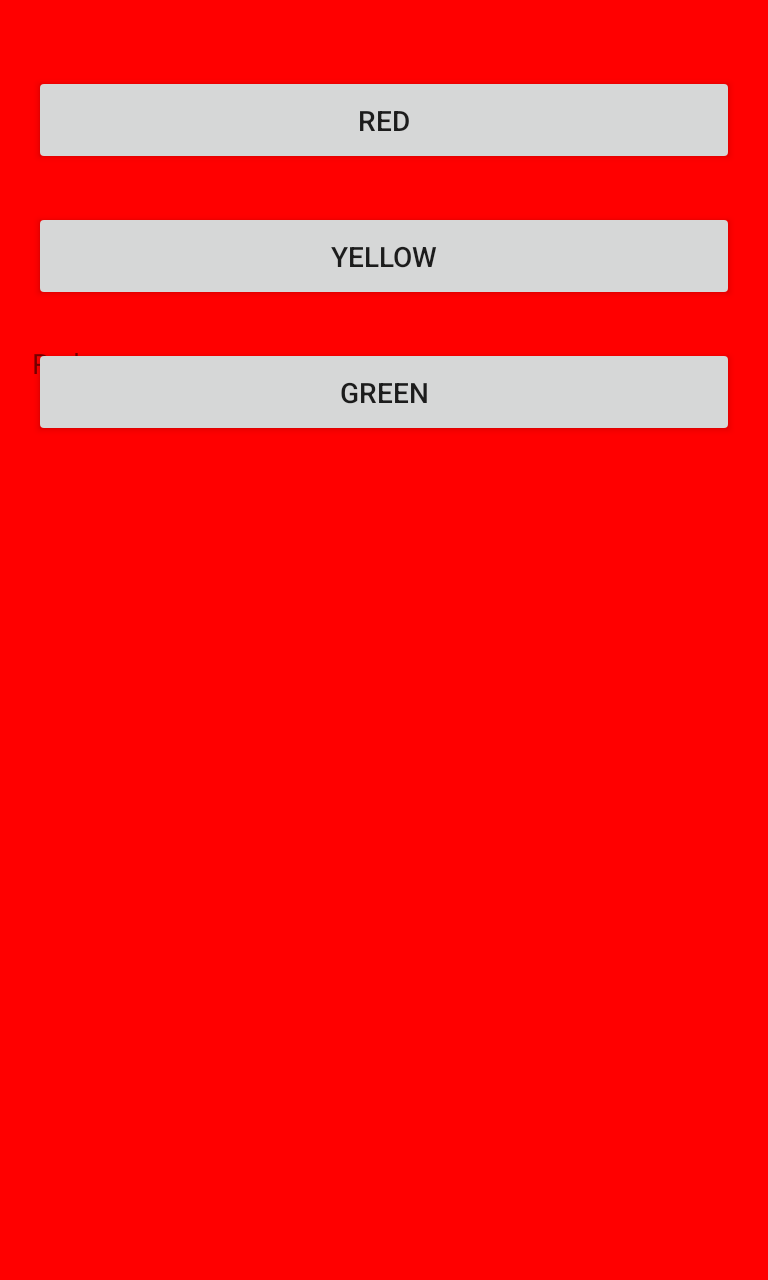
Repository: PosashkovDima/Traffic-light
Layout: Example4/res/layout/fragment_main.xml
These files come from the project's save history. The layout is drawn as it stood at one moment and after a run of saves; the edit follows.
It is drawn on a 768 x 1280 px phone screen (xhdpi) without system bars, with theme AppTheme; the app's code is not run.

Above is the layout before, as saved 2014-03-30 08:44:28.

After the next 2 saves:
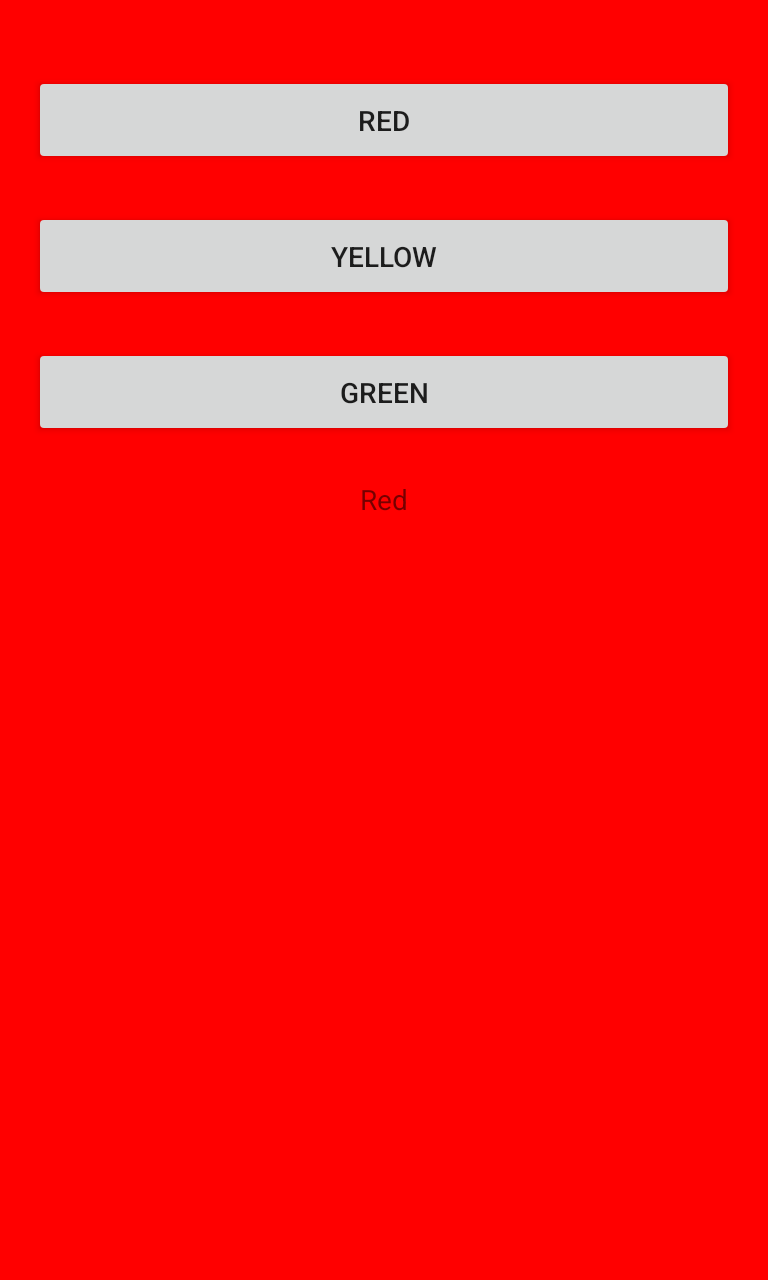
The 2 saves are shown as one change because they came seconds apart.
The last was saved 11 s later.
--- a/Example4/res/layout/fragment_main.xml
+++ b/Example4/res/layout/fragment_main.xml
@@ -44,7 +44,8 @@
         android:id="@+id/textViewColor"
         android:layout_width="wrap_content"
         android:layout_height="wrap_content"
-        android:layout_below="@id/buttonYellow"
+        android:layout_centerHorizontal="true"
+        android:layout_below="@id/buttonGreen"
         android:layout_marginTop="20dp"
         android:text="@string/red" />
 
